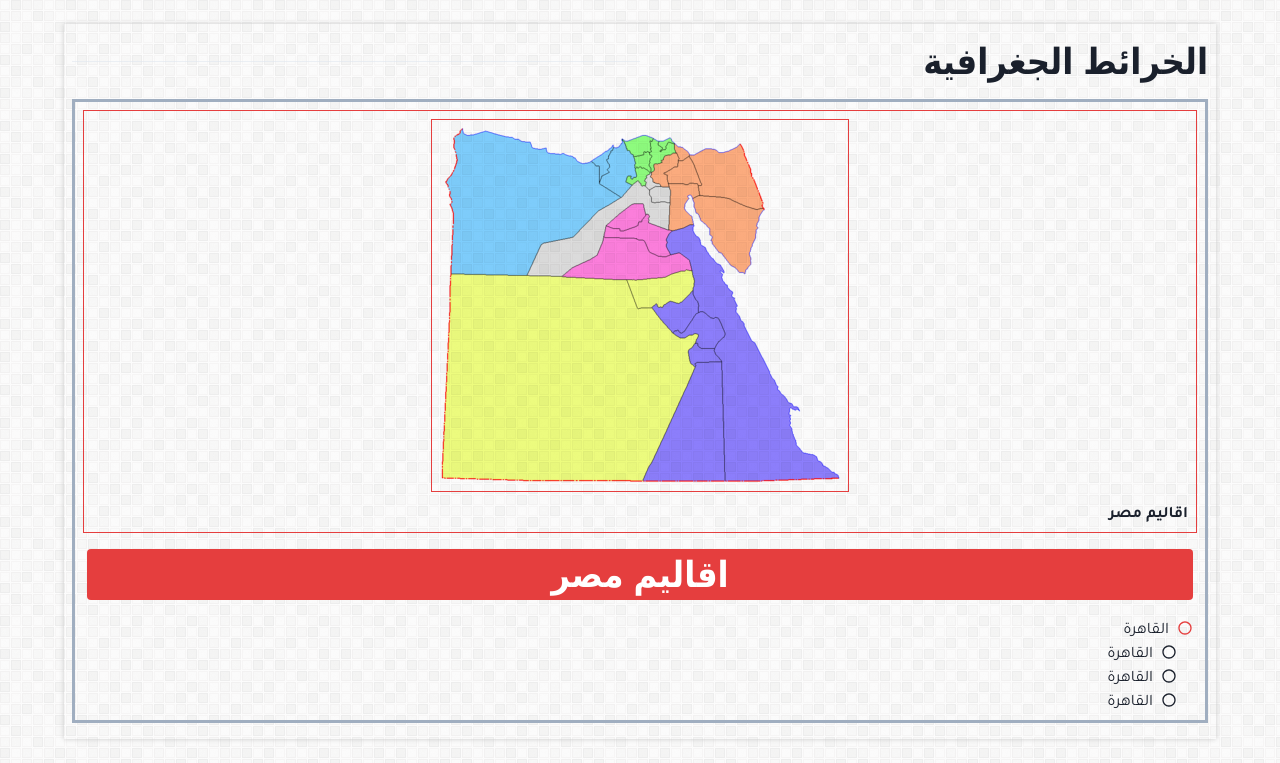
Repository: ahmed-mohamed-eng/egypt-gov-map
Page: /
An editor plug-in stored every save of this project. The page is shown before and after the next save, followed by the edit.
The browser window is 1280 px wide. The pictures show the whole page.
Some web fonts or font styles are not loaded; a fallback is used. The project was rebuilt for these pictures with package versions that can differ from the ones it lists, and the page was loaded fresh each time. The framework's server and built-in components were replaced by stand-ins that run in the browser. Also part of the build but not shown: next.config.js.

Above is the page before, as saved 2022-05-30 13:42:38.

After the next save:
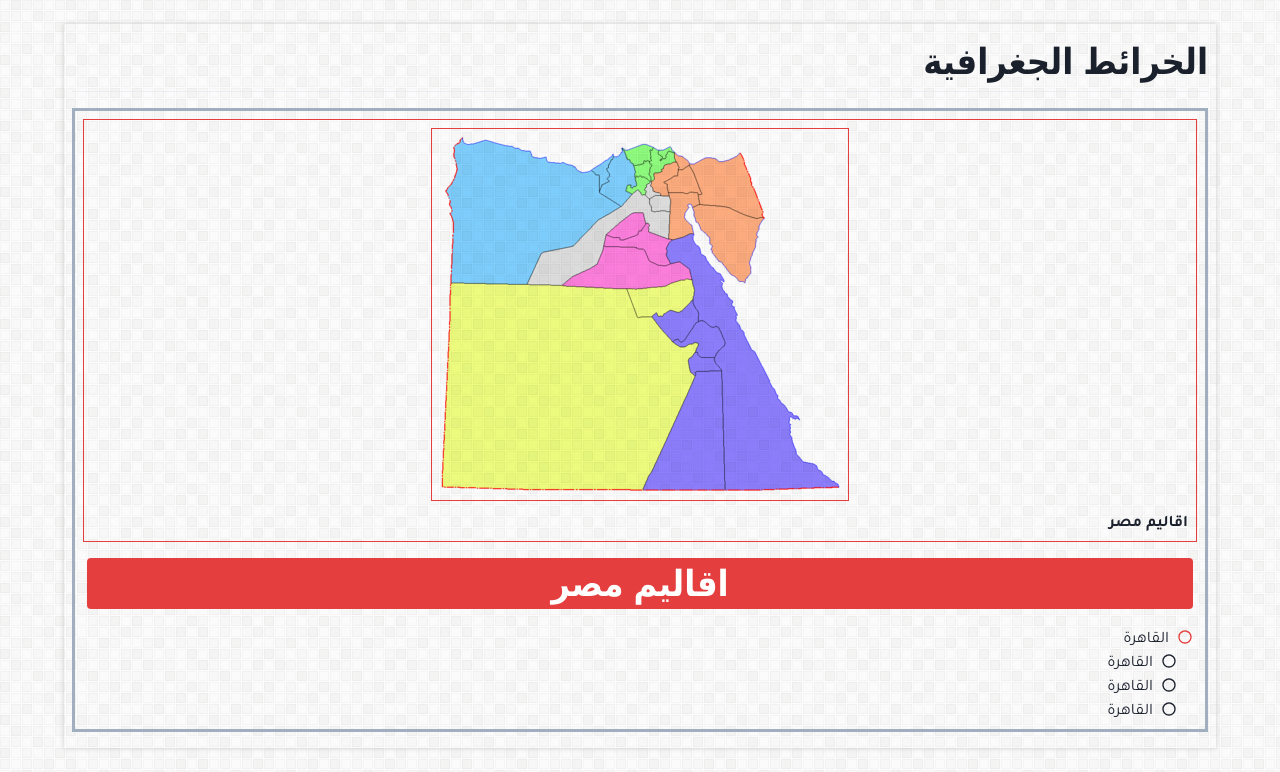
Saved 18 s later.
--- a/components/Header/Header.tsx
+++ b/components/Header/Header.tsx
@@ -1,4 +1,4 @@
-import { Divider, Flex, Heading } from "@chakra-ui/react";
+import { Divider,  Heading, VStack } from "@chakra-ui/react";
 
 export interface HeaderProps {
   headerTitle: string;
@@ -6,7 +6,7 @@ export interface HeaderProps {
 
 export const Header = (props: HeaderProps) => {
   return (
-    <Flex
+    <VStack
       as="header"
       w="full"
       justifyContent="center"
@@ -17,6 +17,6 @@ export const Header = (props: HeaderProps) => {
     >
       <Heading w="full" textAlign="right" as="h1">{props.headerTitle}</Heading>
       <Divider orientation='horizontal' />
-    </Flex>
+    </VStack>
   );
 };
